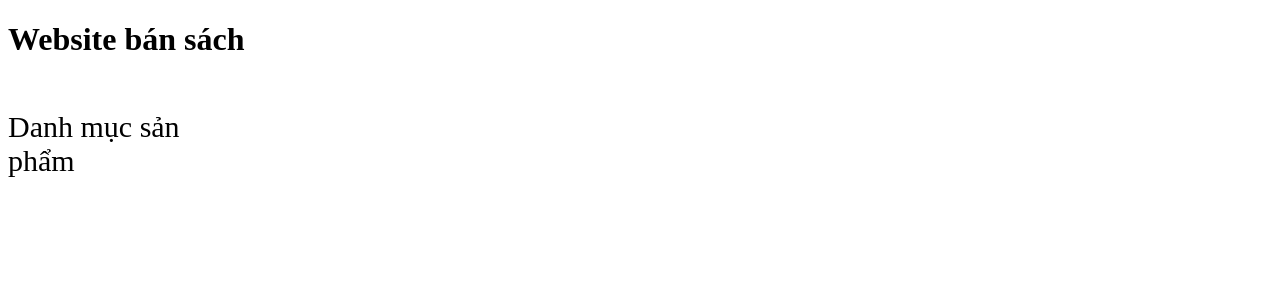
Repository: ThanhNghiadn03/Website-1-JSP-Servlet
Page: http://localhost/new-web-ban-sach/trang-chu
These files come from the project's save history. The page is drawn as it stood at one moment and after the next save; the edit follows.
The browser window is 1280 px wide. The pictures show the whole page.
The page is served by Tomcat 9. Queries for data that is not in the repository find no rows.

Above is the page before, as saved 2023-04-25 16:12:43.

After the next save:
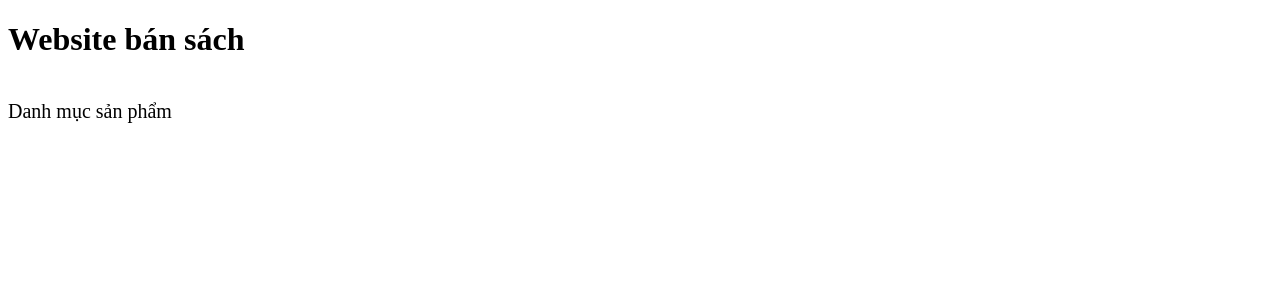
Saved 28 s later.
--- a/Project/new-web-ban-sach/src/main/webapp/views/home/css/css-home.css
+++ b/Project/new-web-ban-sach/src/main/webapp/views/home/css/css-home.css
@@ -5,7 +5,7 @@
 .left-right {
     display: grid;
     grid-template-columns: 200px 4fr;
-    font-size: 30px;
+    font-size: 20px;
 }
 .right-side {
     display: grid;
